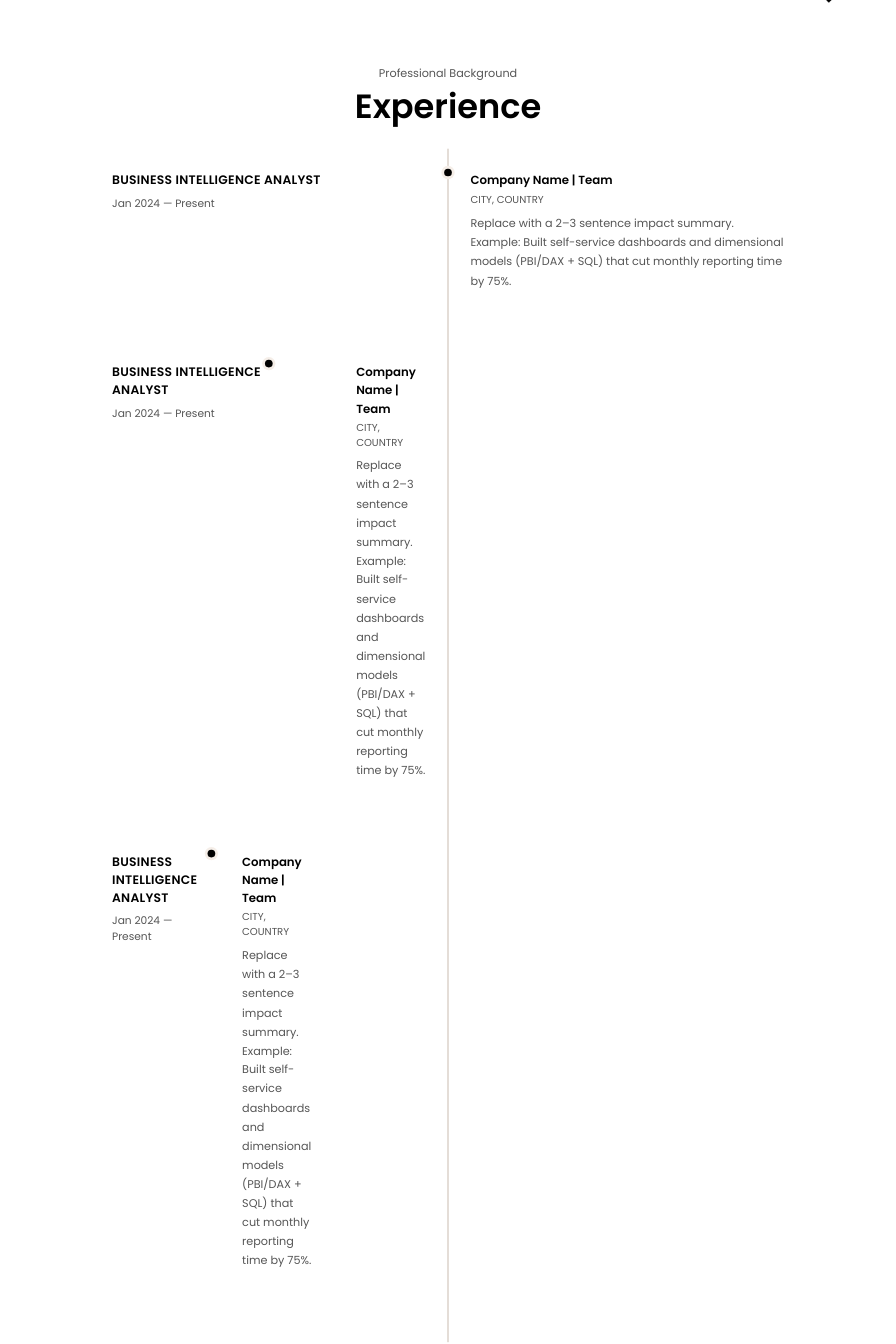
Repository: Komal-A99/komal-albhar
Page: index.html
An editor plug-in stored every save of this project. The page is shown before and after the next save, followed by the edit.
The browser window is 1280 px wide. The pictures show the part of the page from y = 1458 to 3378 px (the page is 5894 px tall before and 6247 px after), at 70% of full size.

Above is the page before, as saved 2025-08-26 10:55:41.

### index.html
<!DOCTYPE html>
<html lang="en">
  <head>
    <meta charset="UTF-8" />
    <meta http-equiv="X-UA-Compatible" content="IE=edge" />
    <meta name="viewport" content="width=device-width, initial-scale=1.0" />
    <title>Komal Albhar Portfolio</title>
    <link rel="stylesheet" href="style.css" />
    <link rel="stylesheet" href="mediaqueries.css" />
    <link rel="icon" type="image/gif" href="career.gif" />
  </head>
  <body>
    <nav id="desktop-nav">
      <div class="logo">Komal Albhar</div>
      <div>
        <ul class="nav-links">
          <li><a href="#about">About</a></li>
          <li><a href="#experience">Experience</a></li>
          <li><a href="#projects">Projects</a></li>
          <li><a href="#contact">Contact</a></li>
        </ul>
      </div>
    </nav>
    <nav id="hamburger-nav">
      <div class="logo">Komal Albhar</div>
      <div class="hamburger-menu">
        <div class="hamburger-icon" onclick="toggleMenu()">
          <span></span>
          <span></span>
          <span></span>
        </div>
        <div class="menu-links">
          <li><a href="#about" onclick="toggleMenu()">About</a></li>
          <li><a href="#experience" onclick="toggleMenu()">Experience</a></li>
          <li><a href="#projects" onclick="toggleMenu()">Projects</a></li>
          <li><a href="#contact" onclick="toggleMenu()">Contact</a></li>
        </div>
      </div>
    </nav>
    <section id="profile">
      <div class="section__pic-container">
        <img src="./assets/profile-pic.jpeg" alt="Komal Albhar profile picture" />
      </div>
      <div class="section__text">
        <p class="section__text__p1">Hello, I'm</p>
        <h1 class="title">Komal Albhar</h1>
        <p class="section__text__p2"><span id="rotating-text" class="fancy-title"></span></p>
        <div class="btn-container">
          <button
            class="btn btn-color-2"
            onclick="window.open('./assets/resume-example.pdf')"
          >
            Download CV
          </button>
          <button class="btn btn-color-1" onclick="location.href='./#contact'">
            Contact Info
          </button>
        </div>
        <div id="socials-container">
          <img
            src="./assets/linkedin.png"
            alt="My LinkedIn profile"
            class="icon"
            onclick="location.href='https://www.linkedin.com/in/komal-s-b44762373/'"
          />
          <img
            src="./assets/github.png"
            alt="My Github profile"
            class="icon"
            onclick="location.href='https://github.com/Komal-A99'"
          />
          <img
          src="./assets/visualization.png"
          alt="My Visualization profile"
          class="icon"
          onclick="location.href='https://public.tableau.com/app/profile/komal.albhar/vizzes'"
        />
        </div>
      </div>
    </section>
    <section id="about">
      <p class="section__text__p1">Get To Know More</p>
      <h1 class="title">About Me</h1>
      <div class="section-container">
       <!-- <div class="section__pic-container">
        <img
          src="./assets/about-pic.png"
          alt="Profile picture"
          class="about-pic"
        />

      </div>-->
        <div class="about-details-container">
          <div class="about-containers">
            <div class="details-container">
              <img
                src="./assets/experience.png"
                alt="Experience icon"
                class="icon"
              />
              <h3>Experience</h3>
              <p>3 years <br />Data Analyst </p>
            </div>
            <div class="details-container">
              <img
                src="./assets/education.png"
                alt="Education icon"
                class="icon"
              />
              <h3>Education</h3>
              <p>B.E. Bachelors Degree<br />M.S. Masters Degree</p>
            </div>
          </div>
          <div class="text-container">
            <p>
              Lorem ipsum dolor sit amet consectetur adipisicing elit. Hic quis
              reprehenderit et laborum, rem, dolore eum quod voluptate
              exercitationem nobis, nihil esse debitis maxime facere minus sint
              delectus velit in eos quo officiis explicabo deleniti dignissimos.
              Eligendi illum libero dolorum cum laboriosam corrupti quidem,
              reiciendis ea magnam? Nulla, impedit fuga!
            </p>
          </div>
        </div>
      </div>
      <img
        src="./assets/arrow.png"
        alt="Arrow icon"
        class="icon arrow"
        onclick="location.href='./#experience'"
      />
    </section>
    <section id="experience">
      <p class="section__text__p1">Professional Background</p>
      <h1 class="title">Experience</h1>

      <div class="timeline">
        <!-- ITEM -->
        <div class="tl-item">
          <div class="tl-left">
            <h3>Business Intelligence Analyst</h3>
            <div class="tl-date">Jan 2024 — Present</div>
          </div>
          <div class="tl-right">
            <h3 class="company">Company Name | Team</h3>
            <div class="location">City, Country</div>
            <p class="desc">
              Replace with a 2–3 sentence impact summary. Example: Built self-service dashboards and
              dimensional models (PBI/DAX + SQL) that cut monthly reporting time by 75%.
            </p>
          </div>

          <div class="tl-item">
            <div class="tl-left">
              <h3>Business Intelligence Analyst</h3>
              <div class="tl-date">Jan 2024 — Present</div>
            </div>
            <div class="tl-right">
              <h3 class="company">Company Name | Team</h3>
              <div class="location">City, Country</div>
              <p class="desc">
                Replace with a 2–3 sentence impact summary. Example: Built self-service dashboards and
                dimensional models (PBI/DAX + SQL) that cut monthly reporting time by 75%.
              </p>
            </div>

            <div class="tl-item">
              <div class="tl-left">
                <h3>Business Intelligence Analyst</h3>
                <div class="tl-date">Jan 2024 — Present</div>
              </div>
              <div class="tl-right">
                <h3 class="company">Company Name | Team</h3>
                <div class="location">City, Country</div>
                <p class="desc">
                  Replace with a 2–3 sentence impact summary. Example: Built self-service dashboards and
                  dimensional models (PBI/DAX + SQL) that cut monthly reporting time by 75%.
                </p>
              </div>
        </div>

        <!-- Duplicate tl-item blocks for each role -->
      </div>
    </section>

    <section id="projects">
      <p class="section__text__p1">Browse My Recent</p>
      <h1 class="title">Projects</h1>
      <div class="experience-details-container">
        <div class="about-containers">
          <div class="details-container color-container">
            <div class="article-container">
              <img
                src="./assets/project-1.png"
                alt="Project 1"
                class="project-img"
              />
            </div>
            <h2 class="experience-sub-title project-title">Project One</h2>
            <div class="btn-container">
              <button
                class="btn btn-color-2 project-btn"
                onclick="location.href='https://github.com/'"
              >
                Github
              </button>
              <button
                class="btn btn-color-2 project-btn"
                onclick="location.href='https://github.com/'"
              >
                Live Demo
              </button>
            </div>
          </div>
          <div class="details-container color-container">
            <div class="article-container">
              <img
                src="./assets/project-2.png"
                alt="Project 2"
                class="project-img"
              />
            </div>
            <h2 class="experience-sub-title project-title">Project Two</h2>
            <div class="btn-container">
              <button
                class="btn btn-color-2 project-btn"
                onclick="location.href='https://github.com/'"
              >
                Github
              </button>
              <button
                class="btn btn-color-2 project-btn"
                onclick="location.href='https://github.com/'"
              >
                Live Demo
              </button>
            </div>
          </div>
          <div class="details-container color-container">
            <div class="article-container">
              <img
                src="./assets/project-3.png"
                alt="Project 3"
                class="project-img"
              />
            </div>
            <h2 class="experience-sub-title project-title">Project Three</h2>
            <div class="btn-container">
              <button
                class="btn btn-color-2 project-btn"
                onclick="location.href='https://github.com/'"
              >
                Github
              </button>
              <button
                class="btn btn-color-2 project-btn"
                onclick="location.href='https://github.com/'"
              >
                Live Demo
              </button>
            </div>
          </div>
        </div>
      </div>
      <img
        src="./assets/arrow.png"
        alt="Arrow icon"
        class="icon arrow"
        onclick="location.href='./#contact'"
      />
    </section>
    <section id="contact">
      <div class="contact-wrap">
        <!-- LEFT: copy -->
        <div class="contact-left">
          <p class="section__text__p1">Get in Touch</p>
          <h1 class="title contact-title">Contact Me</h1>

          <h3 class="contact-sub">I’d like to hear from you!</h3>
          <p class="contact-blurb">
            If you have any inquiries or just want to say hi, please use the contact form.
          </p>

          <a class="contact-email" href="mailto:albhar.komal@gmail.com">
            <img src="./assets/email.png" alt="Email icon" class="icon contact-icon email-icon" />
            albhar.komal@gmail.com
          </a>

          <div class="contact-socials">
            <img
              src="./assets/linkedin.png"
              alt="LinkedIn"
              class="icon"
              onclick="location.href='https://www.linkedin.com/in/komal-s-b44762373/'"
            />
            <img
              src="./assets/github.png"
              alt="GitHub"
              class="icon"
              onclick="location.href='https://github.com/Komal-A99'"
            />
            <img
              src="./assets/visualization.png"
              alt="Tableau"
              class="icon"
              onclick="location.href='https://public.tableau.com/app/profile/komal.albhar/vizzes'"
            />
          </div>
        </div>

        <!-- RIGHT: form -->
        <form class="contact-form">
          <div class="form-row two-col">
            <div class="form-field">
              <label for="first">First Name</label>
              <input id="first" name="first" type="text" autocomplete="given-name" required />
            </div>
            <div class="form-field">
              <label for="last">Last Name</label>
              <input id="last" name="last" type="text" autocomplete="family-name" required />
            </div>
          </div>

          <div class="form-row">
            <div class="form-field">
              <label for="email">Email <span aria-hidden="true">*</span></label>
              <input id="email" name="email" type="email" autocomplete="email" required />
            </div>
          </div>

          <div class="form-row">
            <div class="form-field">
              <label for="message">Message</label>
              <textarea id="message" name="message" rows="6" placeholder="Write your message…"></textarea>
            </div>
          </div>

          <div class="form-actions">
            <button type="submit" class="btn btn-color-1 send-btn">Send</button>
          </div>
        </form>
      </div>
    </section>
    <footer>
      <nav>
        <div class="nav-links-container">
          <ul class="nav-links">
            <li><a href="#about">About</a></li>
            <li><a href="#experience">Experience</a></li>
            <li><a href="#projects">Projects</a></li>
            <li><a href="#contact">Contact</a></li>
          </ul>
        </div>
      </nav>
      <p>Copyright &#169; 2024 Komal Albhar. All Rights Reserved.</p>
    </footer>
    <script src="script.js"></script>
  </body>
</html>

### mediaqueries.css
@media screen and (max-width: 1400px) {
    #profile {
      height: 83vh;
      margin-bottom: 6rem;
    }
    .about-containers {
      flex-wrap: wrap;
    }
    #contact,
    #projects {
      height: fit-content;
    }
  }

  @media screen and (max-width: 1200px) {
    #desktop-nav {
      display: none;
    }
    #hamburger-nav {
      display: flex;
    }
    #experience,
    .experience-details-container {
      margin-top: 2rem;
    }
    #profile,
    .section-container {
      display: block;
    }
    .arrow {
      display: none;
    }
    section,
    .section-container {
      height: fit-content;
    }
    section {
      margin: 0 5%;
    }
    .section__pic-container {
      width: 275px;
      height: 275px;
      margin: 0 auto 2rem;
    }
    .about-containers {
      margin-top: 0;
    }
  }

  @media screen and (max-width: 600px) {
    #contact,
    footer {
      height: 40vh;
    }
    #profile {
      height: 83vh;
      margin-bottom: 0;
    }
    article {
      font-size: 1rem;
    }
    footer nav {
      height: fit-content;
      margin-bottom: 2rem;
    }
    .about-containers,
    .contact-info-upper-container,
    .btn-container {
      flex-wrap: wrap;
    }
    .contact-info-container {
      margin: 0;
    }
    .contact-info-container p,
    .nav-links li a {
      font-size: 1rem;
    }
    .experience-sub-title {
      font-size: 1.25rem;
    }
    .logo {
      font-size: 1.5rem;
    }
    .nav-links {
      flex-direction: column;
      gap: 0.5rem;
      text-align: center;
    }
    .section__pic-container {
      width: auto;
      height: 46vw;
      justify-content: center;
    }
    .section__text__p2 {
      font-size: 1.25rem;
    }
    .title {
      font-size: 2rem;
    }
    .text-container {
      text-align: justify;
    }
  }

Loaded but not shown: script.js (24 lines, source omitted); style.css (532 lines, source omitted)

After the next save:
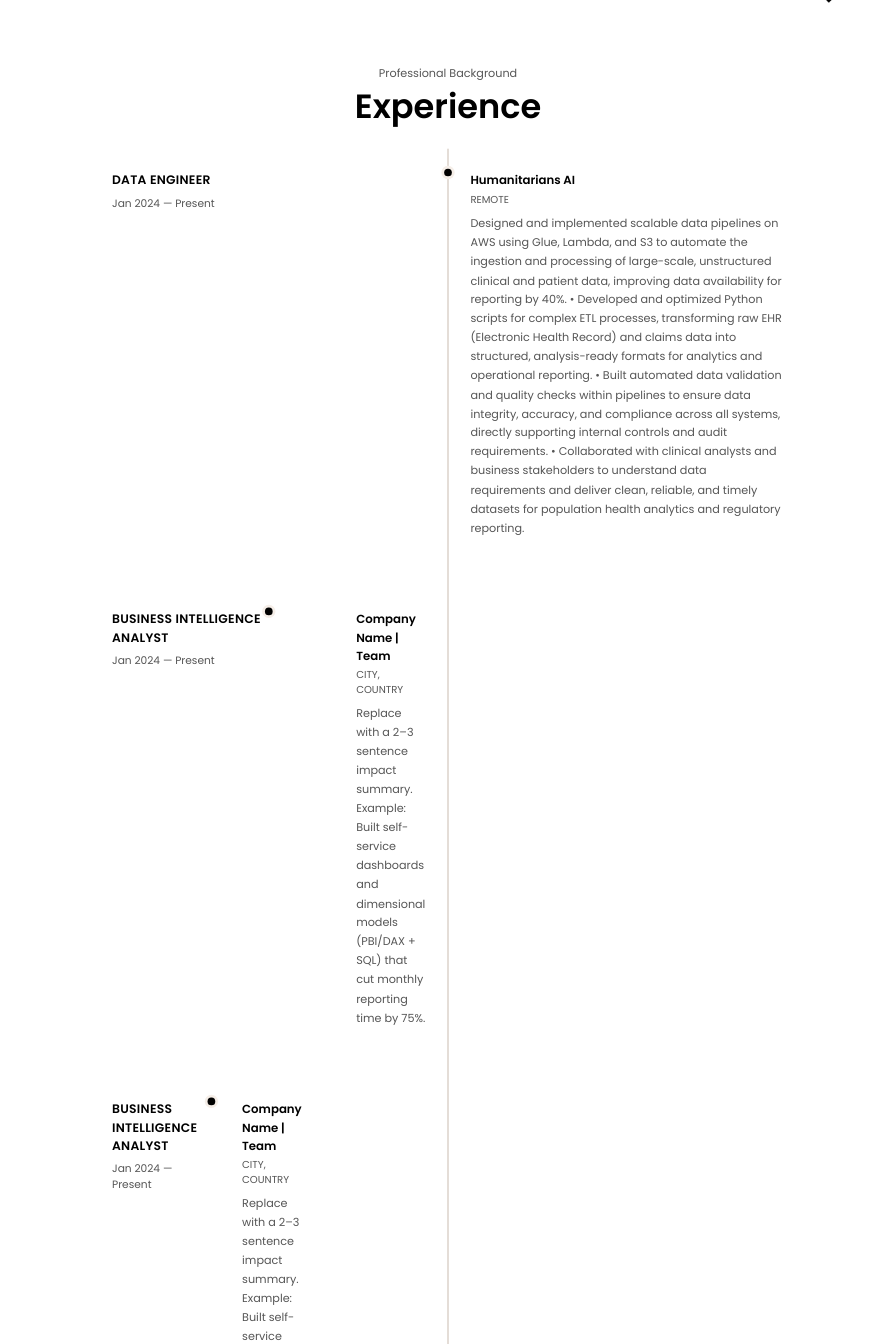
Saved 116 s later.
--- a/index.html
+++ b/index.html
@@ -138,15 +138,21 @@
         <!-- ITEM -->
         <div class="tl-item">
           <div class="tl-left">
-            <h3>Business Intelligence Analyst</h3>
+            <h3>Data Engineer</h3>
             <div class="tl-date">Jan 2024 — Present</div>
           </div>
           <div class="tl-right">
-            <h3 class="company">Company Name | Team</h3>
-            <div class="location">City, Country</div>
+            <h3 class="company">Humanitarians AI</h3>
+            <div class="location">Remote</div>
             <p class="desc">
-              Replace with a 2–3 sentence impact summary. Example: Built self-service dashboards and
-              dimensional models (PBI/DAX + SQL) that cut monthly reporting time by 75%.
+              Designed and implemented scalable data pipelines on AWS using Glue, Lambda, and S3 to automate the ingestion and
+processing of large-scale, unstructured clinical and patient data, improving data availability for reporting by 40%.
+• Developed and optimized Python scripts for complex ETL processes, transforming raw EHR (Electronic Health
+Record) and claims data into structured, analysis-ready formats for analytics and operational reporting.
+• Built automated data validation and quality checks within pipelines to ensure data integrity, accuracy, and compliance
+across all systems, directly supporting internal controls and audit requirements.
+• Collaborated with clinical analysts and business stakeholders to understand data requirements and deliver clean,
+reliable, and timely datasets for population health analytics and regulatory reporting.
             </p>
           </div>
 
